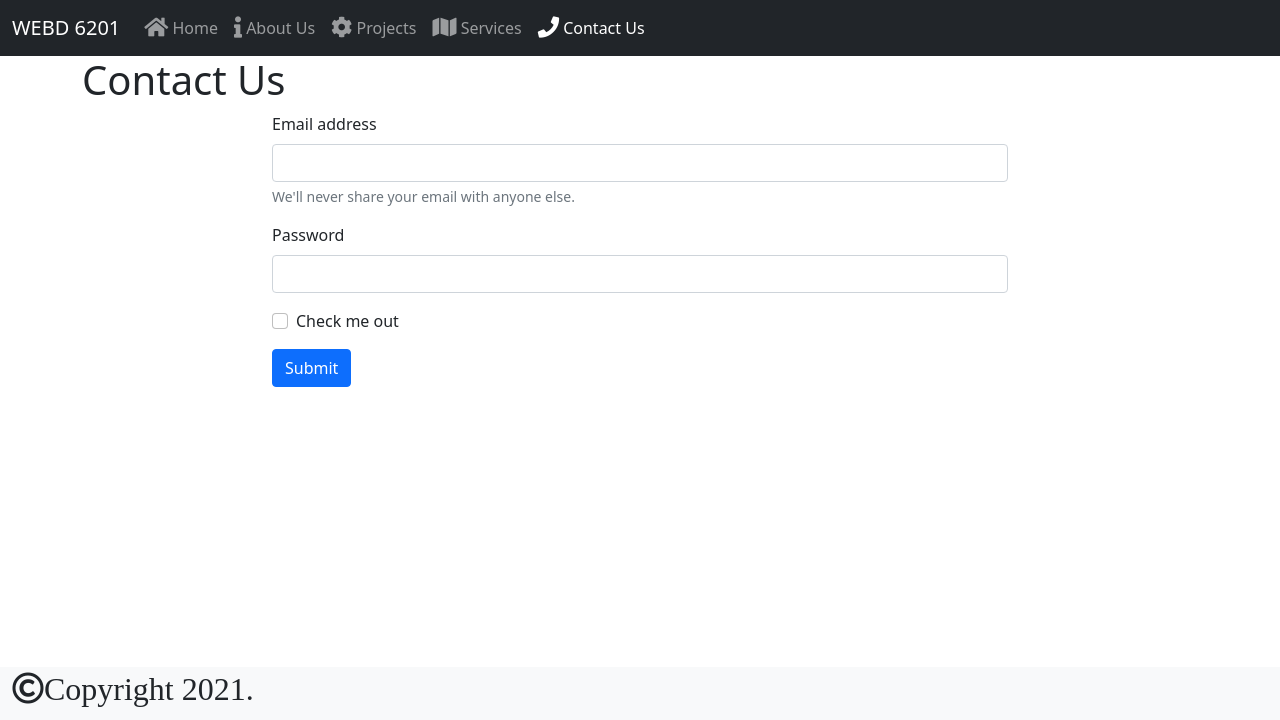
Repository: vans12345678/WEBD6201-W2021-Week3
Page: contact.html
An editor plug-in stored every save of this project. The page is shown before and after the next save, followed by the edit.
The browser window is 1280 px wide. The pictures show the whole page.

Above is the page before, as saved 2021-01-21 09:17:23.

After the next save:
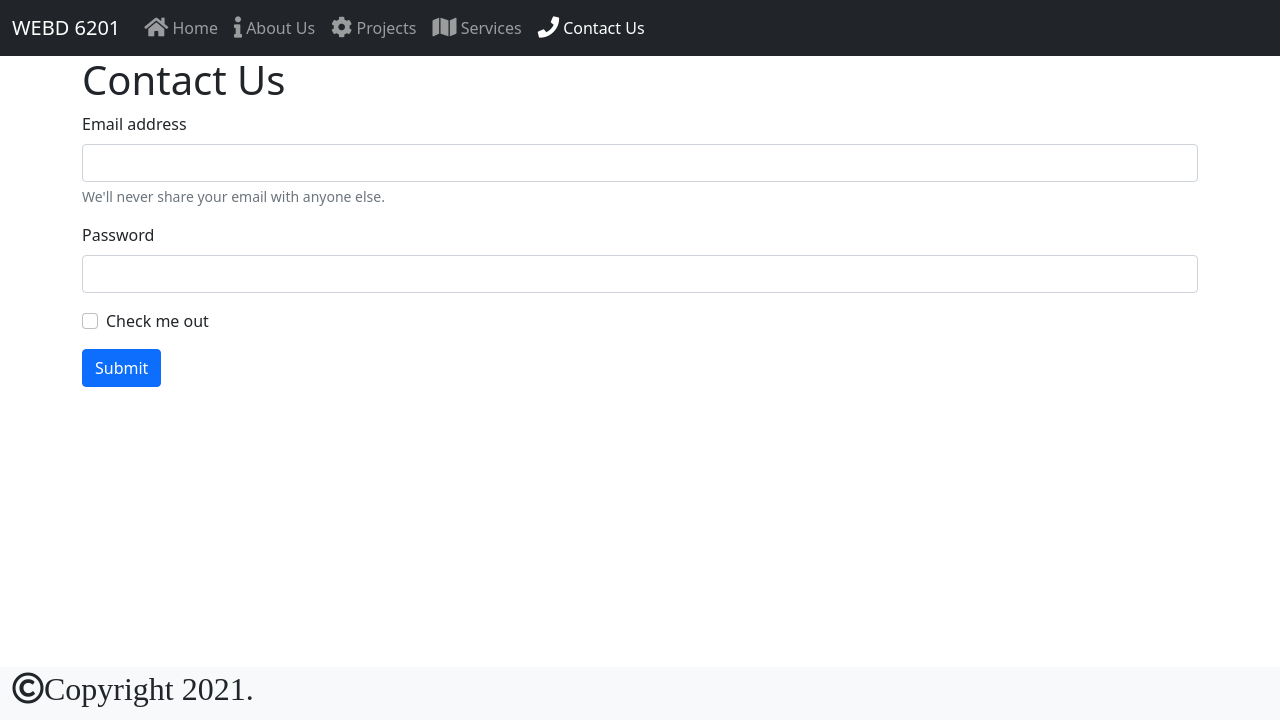
Saved 12 s later.
--- a/contact.html
+++ b/contact.html
@@ -51,7 +51,7 @@
         <h1>Contact Us</h1>
 
         <div class = "row justify-content-md-center">
-          <form class = "col-8">
+          <form class = "col-col-md-auto">
           <div class="mb-3">
             <label for="exampleInputEmail1" class="form-label">Email address</label>
             <input type="email" class="form-control" id="exampleInputEmail1" aria-describedby="emailHelp">

After the 4 saves that followed:
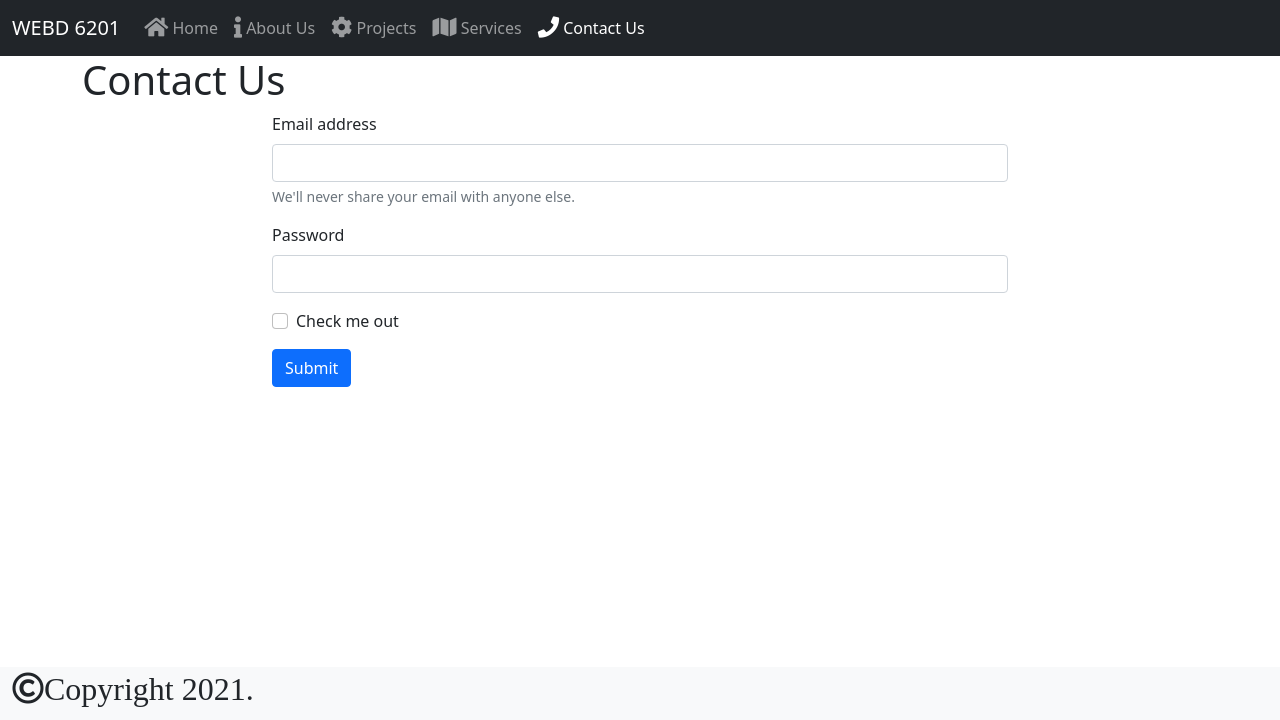
The 4 saves are shown as one change because 3 left the picture as it was.
The last was saved 2 min 25 s later.
--- a/contact.html
+++ b/contact.html
@@ -50,8 +50,8 @@
     <main class="container">
         <h1>Contact Us</h1>
 
-        <div class = "row justify-content-md-center">
-          <form class = "col-col-md-auto">
+        <div class = "row justify-content-lg-center">
+          <form class = "col-col-lg-8 col-md-8 col-sm-10">
           <div class="mb-3">
             <label for="exampleInputEmail1" class="form-label">Email address</label>
             <input type="email" class="form-control" id="exampleInputEmail1" aria-describedby="emailHelp">
